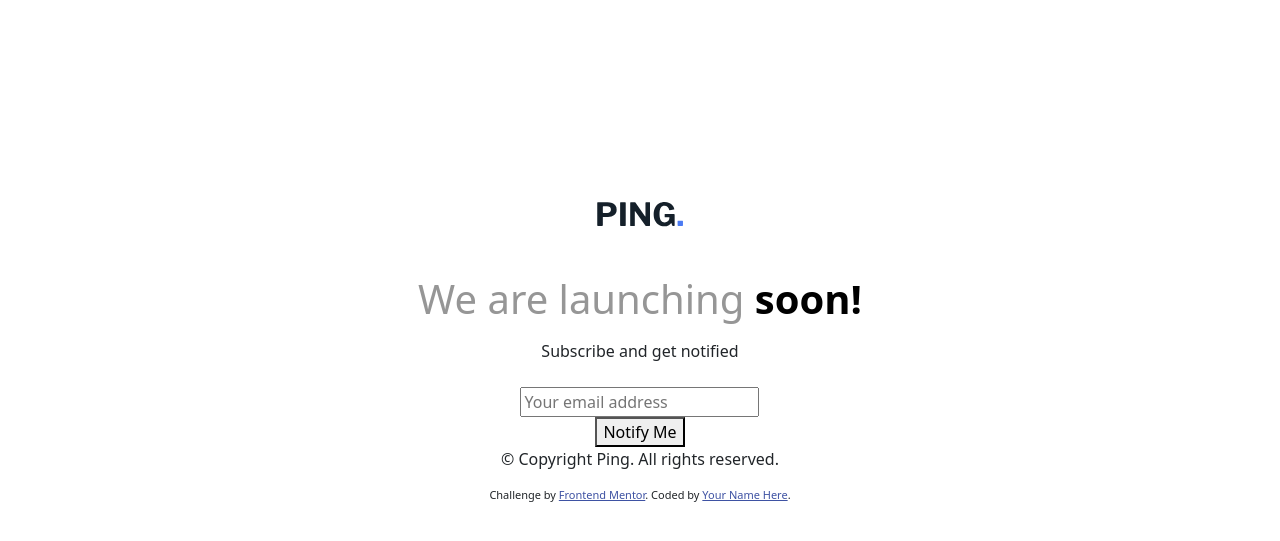
Repository: blordeus/ping-coming-soon-page-master
Page: index.html
These files come from the project's save history. The page is drawn as it stood at one moment and after the next save; the edit follows.
The browser window is 1280 px wide. The pictures show the whole page.
The style sheet was rebuilt from its Sass, Less or Tailwind sources for each picture, by a compiler version that may differ from the author's.

Above is the page before, as saved 2023-08-31 11:16:50.

### index.html
<!DOCTYPE html>
<html lang="en">
<head>
  <meta charset="UTF-8">
  <meta name="viewport" content="width=device-width, initial-scale=1.0"> <!-- displays site properly based on user's device -->

  <link rel="icon" type="image/png" sizes="32x32" href="./images/favicon-32x32.png">
  <link rel="stylesheet" href="style.css">
  <link href="https://cdn.jsdelivr.net/npm/bootstrap@5.3.1/dist/css/bootstrap.min.css" rel="stylesheet" integrity="sha384-4bw+/aepP/YC94hEpVNVgiZdgIC5+VKNBQNGCHeKRQN+PtmoHDEXuppvnDJzQIu9" crossorigin="anonymous">
  <title>Frontend Mentor | Ping coming soon page</title>


</head>
<body>
  <main class="text-center">
    <img class="mb-5" src="./images/logo.svg" alt="logo">

    <h1 class="heading-color">We are launching <strong class="text-black">soon!</strong></h1>

    <div>
      <p class="mt-3 mb-4">Subscribe and get notified</p>

      <input class="mt" type="email" placeholder="Your email address">
    </div>

    <button>Notify Me</button>

    <p>&copy; Copyright Ping. All rights reserved.</p>

    <footer>
      <p class="attribution">
        Challenge by <a rel="noopener" href="https://www.frontendmentor.io?ref=challenge" target="_blank">Frontend Mentor</a>.
        Coded by <a href="#">Your Name Here</a>.
      </p>
    </footer>
  </main>
  <script src="https://cdn.jsdelivr.net/npm/bootstrap@5.3.1/dist/js/bootstrap.bundle.min.js" integrity="sha384-HwwvtgBNo3bZJJLYd8oVXjrBZt8cqVSpeBNS5n7C8IVInixGAoxmnlMuBnhbgrkm" crossorigin="anonymous"></script>
</body>
</html>

### style.scss
  @import url('https://fonts.googleapis.com/css2?family=Libre+Franklin:wght@300;600;700&display=swap');

:root {
    --very-dark-blue: hsl(209, 33%, 12%);
    --dark-gray: hsl(0, 0%, 59%);
    --blue: hsl(223, 87%, 63%);
    --light-red: hsl(354, 100%, 66%);
    --pale-blue: hsl(223, 100%, 88%);
}

body {
    font-size: 20px;
    font-family: 'Libre Franklin', sans-serif;
    box-sizing: border-box;
    margin: 0;
    padding: 0;
    min-height: 100vh;
    display: flex;
    flex-direction: column;
    justify-content: center;
    align-items: center;
}

.heading-color {
    color: var(--dark-gray);
}

  .attribution { font-size: 11px; text-align: center; }
  .attribution a { color: hsl(228, 45%, 44%); }

After the next save:
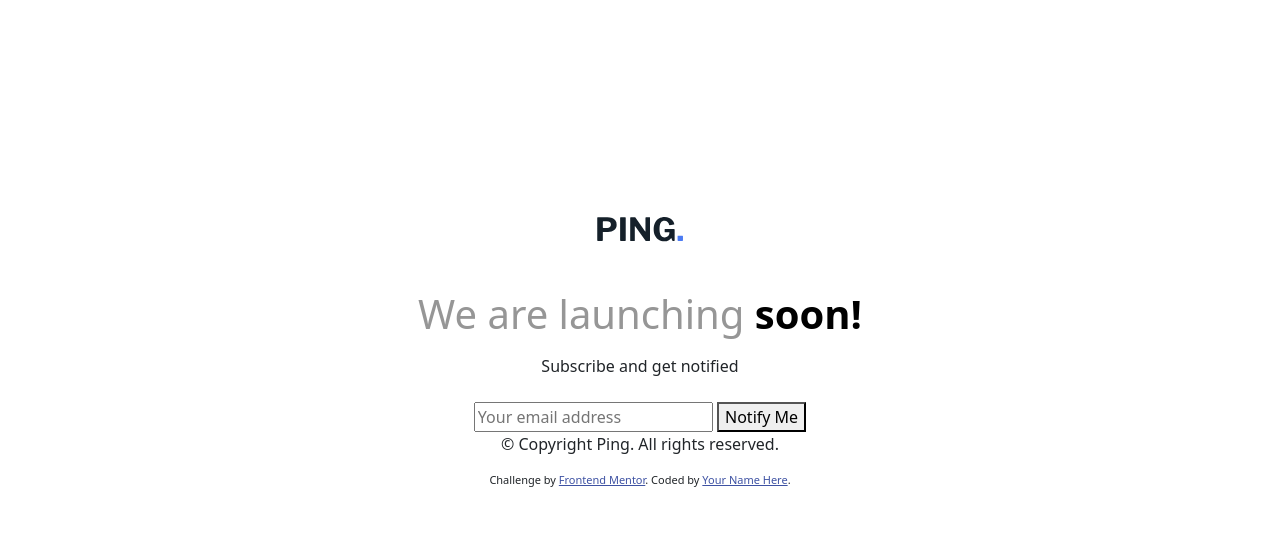
Saved 9 s later.
--- a/index.html
+++ b/index.html
@@ -17,11 +17,9 @@
 
     <h1 class="heading-color">We are launching <strong class="text-black">soon!</strong></h1>
 
-    <div>
-      <p class="mt-3 mb-4">Subscribe and get notified</p>
+    <p class="mt-3 mb-4">Subscribe and get notified</p>
 
-      <input class="mt" type="email" placeholder="Your email address">
-    </div>
+    <input class="" type="email" placeholder="Your email address">
 
     <button>Notify Me</button>
 

After the 5 saves that followed:
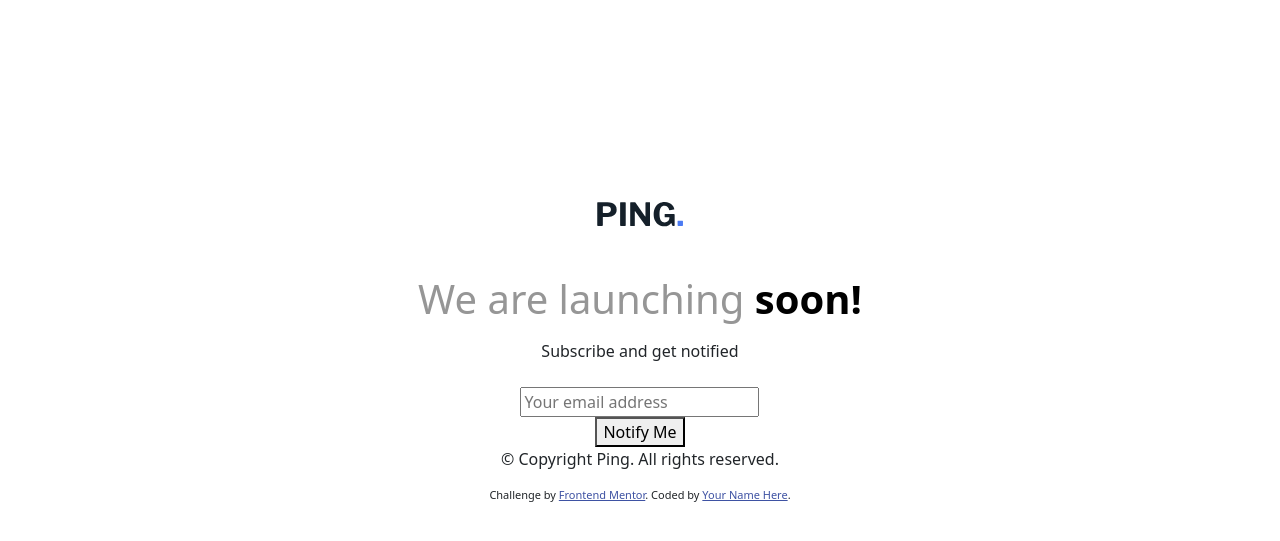
The 5 saves are shown as one change because 4 left the picture as it was.
The last was saved 41 s later.
--- a/index.html
+++ b/index.html
@@ -19,9 +19,11 @@
 
     <p class="mt-3 mb-4">Subscribe and get notified</p>
 
-    <input class="" type="email" placeholder="Your email address">
-
-    <button>Notify Me</button>
+    <div class="flex flex-col">
+      <input class="" type="email" placeholder="Your email address">
+      <br>
+      <button>Notify Me</button>
+    </div>
 
     <p>&copy; Copyright Ping. All rights reserved.</p>
 
